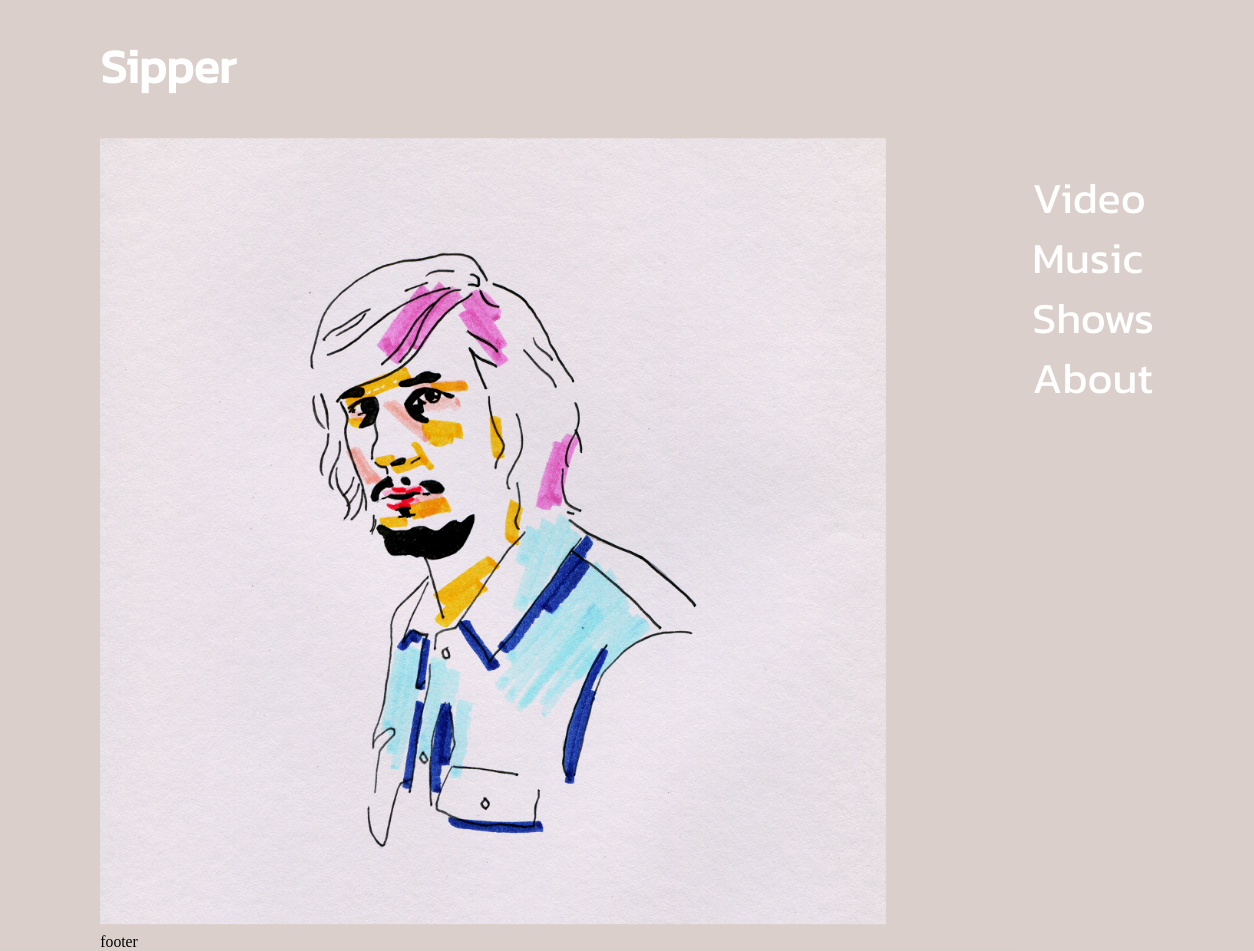
Repository: KrystellBarraza/SipperNYC
Page: home.html
An editor plug-in stored every save of this project. The page is shown before and after the next save, followed by the edit.
The browser window is 1280 px wide. The pictures show the whole page, at 98% of full size.
Some web libraries are served in a nearby version.

Above is the page before, as saved 2019-08-16 10:58:44.

### home.html
<!DOCTYPE html>
    <head>
        <meta charset="utf-8">
        <meta http-equiv="X-UA-Compatible" content="IE=edge">
        <title>Sipper</title>
        <meta name="description" content="Wholesome and intrinsically delicate, SIPPER is an NYC based band who wants nothing more than to make you enjoy whatever they put out.">
        <meta name="viewport" content="width=device-width, initial-scale=1">
        <script src="https://kit.fontawesome.com/0942df55aa.js"></script>
        <script src="https://ajax.googleapis.com/ajax/libs/jquery/3.4.1/jquery.min.js"></script>
        <link rel="stylesheet" href="https://ajax.googleapis.com/ajax/libs/jqueryui/1.12.1/themes/smoothness/jquery-ui.css">
        <script src="https://ajax.googleapis.com/ajax/libs/jqueryui/1.12.1/jquery-ui.min.js"></script>
        <link href="https://fonts.googleapis.com/css?family=Kanit&display=swap" rel="stylesheet">
        <link rel="stylesheet" href="style.css">
        <link rel="stylesheet" href="venobox/venoboxcopy.css" type="text/css" media="screen">
    </head>
    <body>

        <div class="container-home">
            <div class="head">
                <header>
                    <h1><a href="home.html">Sipper</a></h1>

                    <div id="toggleText">
                        <p class="menuToggle Open placeHolder"></p>
                        <p class="menuToggle Close" style="color: #FFF;"></p>
                    </div>

                    <div id="menu">
                        <ul id="hiddenMenu">
                            <li><a href="#video">Video</a></li>
                            <li><a href="#music">Music</a></li>
                            <li><a href="#shows">Shows</a></li>
                            <li><a href="#about">About</a></li>
                        </ul>
                    </div>

                </header>
            </div>

            <div id="menu-container"></div>

            <div class="menu">
                <div class="flexbox-nav">
                    <nav class="side-Nav">
                        <li><a href="#video">Video</a></li>
                        <li><a href="#music">Music</a></li>
                        <li><a href="#shows">Shows</a></li>
                        <li><a href="#about">About</a></li>
                    </nav>
                </div>
            </div>

            <div class="album">
                <img src="images/albumcover.jpg">
            </div>

            <div class="footer">
                footer
            </div>

        </div>

        <script src="app.js" async defer></script>
        <script src="venobox/venobox.mincopy.js" async defer></script>
    </body>
</html>

### style.css
* {
    box-sizing: border-box;
}

html {
    scroll-behavior: smooth;
}

body {
    margin: 0;
    background-color: #dacfca;
}

p, li {
    font-family: 'Kanit', sans-serif;
}

p {
    font-size: 18px;
}

h1 {
    font-family: 'Kanit', sans-serif;
    color: #fff;
    font-size: 48px;
}

a {
    text-decoration: none;
    color: #fff;
}

/* Header */

.container-home {
    display: grid;
    grid-template-columns: repeat(12, 1fr);
    grid-template-rows: auto 2fr 1fr;
    grid-gap: 5px;
    grid-column-gap: 20px;
    padding-left: 8%;
    padding-right: 8%;
    grid-template-areas:
    "h h h h h h h h h h h h"
    "c c c c c c c c c m m m"
    "c c c c c c c c c m m m"
    "f f f f f f f f f m m m";
}

.head {
    grid-area: h;
}

/* Toggled Header Nav */

#toggleText {
    top: 5%;
    right: 10%;
    color: #fff;
    position: absolute;
    z-index: 10;
}

#menu-container {
    background-color: #03262f;
    position: absolute;
    width: 100%;
    left: 0%;
    height: 100vh;
    z-index: 6;
}

#menu {
    background-color: #03262f;
    position: absolute;
    top: 0%;
    left: 0%;
    width: 100%;
    height: 100vh;
    z-index: 7;
}

#hiddenMenu {
    position: absolute;
    top: 30%;
}

p.placeHolder {
    display: none;
}

p.Open:before {
    content: "Menu";
}

p.Close:before {
    content: "Close";
}

ul {
    list-style: none;
}

li {
    font-size: 44px;
    line-height: 46pt;
}

/* Toggled Media Queries */

@media only screen and (min-width: 320px) {
    h2 {
        font-size: 24px;
    }
}

@media only screen and (min-width: 375px) {
    h2 {
        font-size: 32px;
    }
}

@media only screen and (max-width: 450px) {
    nav {
        visibility: hidden;
    }
}

@media only screen and (min-width: 450px) {
    #toggleText {
        visibility: hidden;
    }

    #menu {
        visibility: hidden;
    }

    #menu-container {
        visibility: hidden;
    }
}

@media only screen and (min-width: 767px) {
    h2 {
        font-size: 56px;
    }
}

@media only screen and (min-width: 1023px) {
    h2 {
        font-size: 78px;
    }
}

/* Menu */

.menu {
    grid-area: m;
}

.flexbox-nav {
    display: flex;
    align-items: flex-end;
    justify-content: flex-end;
    margin-top: 30px;
}

.side-nav {
    align-self: flex-end;
    margin-top: 30px;
}

nav > a {
    font-family: 'Kanit', sans-serif;
    color: #fff;
    font-size: 48px;
}

nav > li {
    list-style-type: none;
    padding: 0;
    margin: 0;
}

/* Album */

.album {
    grid-area: c;
}

.album > img {
    object-fit: contain;
    width: 100%;
    max-height: 100%;
}

.footer {
    grid-area: f;
}

### app.js
$(document).ready(() => {
    $('#toggleText').click(() => {
      $('.menuToggle').toggleClass('placeHolder');
      $('#menu').toggle('slide',{direction:'up'}, 1000);
      $('#menu-container').toggle('fade',{direction: 'down'}, 500);
    });
  });

  $(document).ready(function(){
    $('.venobox').venobox({
        spinner:'three bounce',
        closeBackground: 'transparent'
    });
});

Loaded but not shown: venobox/venobox.mincopy.js (library); venobox/venoboxcopy.css (no copy from this time; the picture is the same without it)

After the next save:
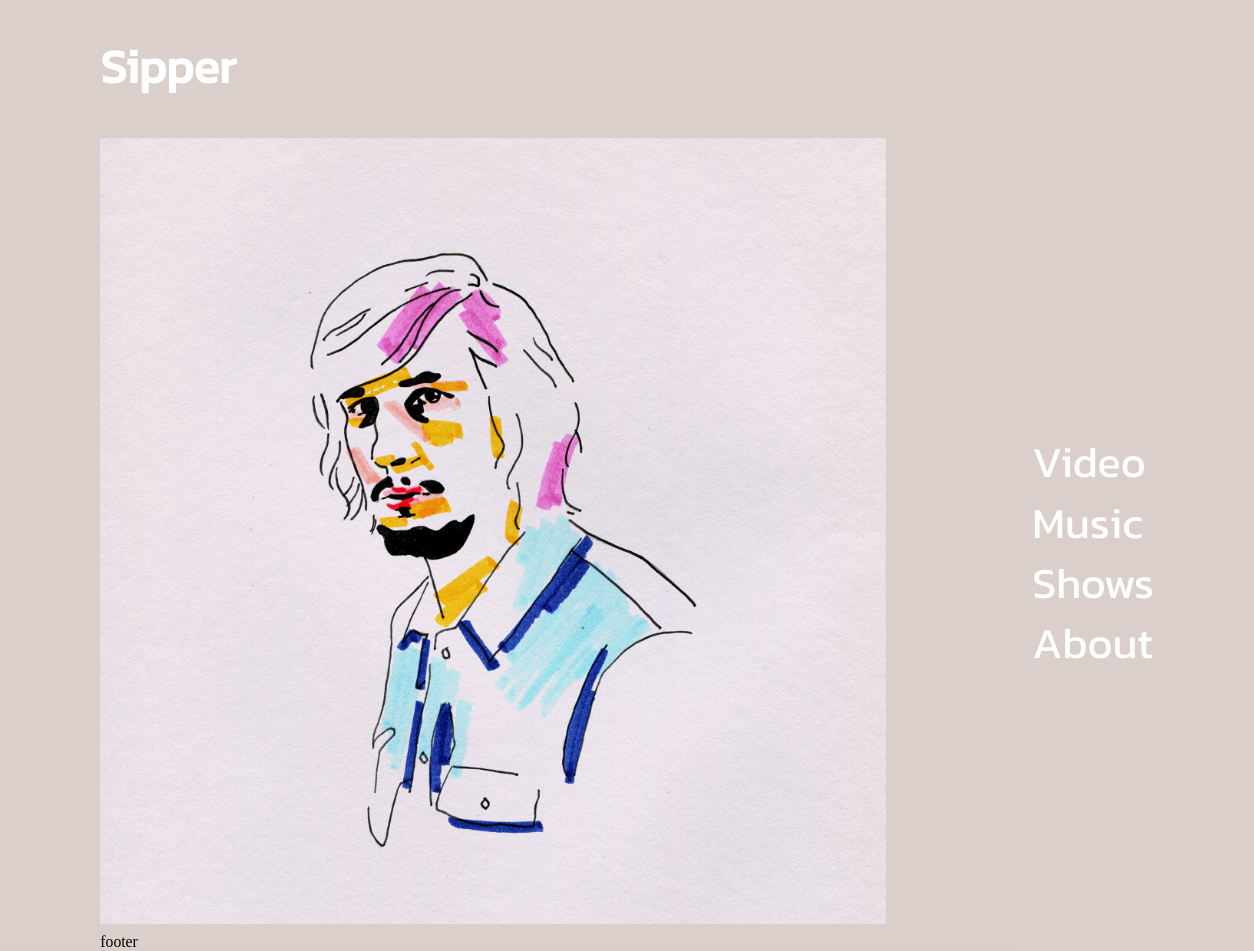
Saved 18 s later.
--- a/style.css
+++ b/style.css
@@ -162,7 +162,7 @@ li {
     display: flex;
     align-items: flex-end;
     justify-content: flex-end;
-    margin-top: 30px;
+    margin-top: 300px;
 }
 
 .side-nav {
